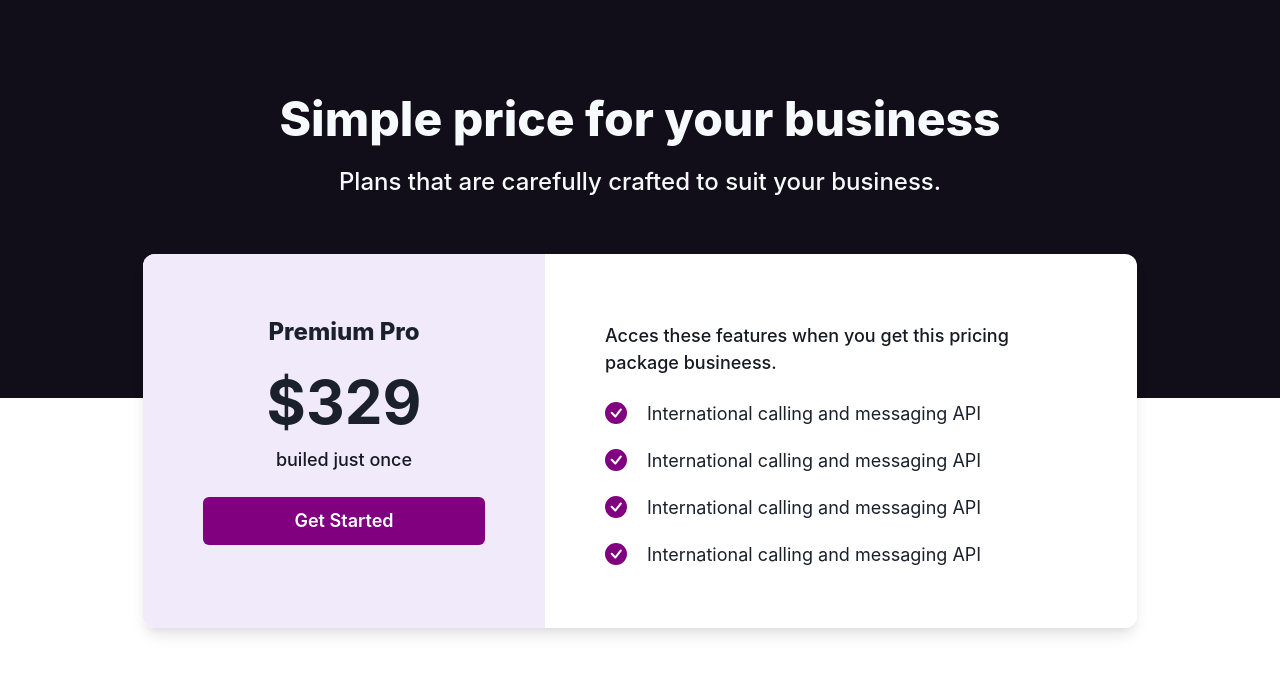
Repository: noutijo/learn-in-depth-chakra-ui
Page: /
These files come from the project's save history. The page is drawn as it stood at one moment and after the next save; the edit follows.
The browser window is 1280 px wide. The pictures show the whole page.
The project was rebuilt for these pictures with package versions that can differ from the ones it lists, and the page was loaded fresh each time. Also part of the build but not shown: vite.config.ts.

Above is the page before, as saved 2023-01-30 16:19:00.

### src/main.tsx
import React from 'react'
import ReactDOM from 'react-dom/client'
import App from './App'
import { ChakraProvider } from "@chakra-ui/react"

ReactDOM.createRoot(document.getElementById('root') as HTMLElement).render(
  <ChakraProvider>
  <React.StrictMode>
    <App />
  </React.StrictMode>
  </ChakraProvider>,
)

### src/App.tsx
//import './App.css'
import "./App.css";
import { Box, Flex, Stack, VStack, HStack } from "@chakra-ui/react";
import { Header  } from "./components/Header";
import { Pricing } from "./components/Pricing";

export default function App() {
  return (
    <div className="App">
      <Box>
        <Header />
        <Pricing />
      </Box>
    </div>
  );
}

### src/App.css
#root {
  max-width: 1280px;
  margin: 0 auto;
  text-align: center;
}

.logo {
  height: 6em;
  padding: 1.5em;
  will-change: filter;
}
.logo:hover {
  filter: drop-shadow(0 0 2em #646cffaa);
}
.logo.react:hover {
  filter: drop-shadow(0 0 2em #61dafbaa);
}

@keyframes logo-spin {
  from {
    transform: rotate(0deg);
  }
  to {
    transform: rotate(360deg);
  }
}

@media (prefers-reduced-motion: no-preference) {
  a:nth-of-type(2) .logo {
    animation: logo-spin infinite 20s linear;
  }
}

.card {
  padding: 2em;
}

.read-the-docs {
  color: #888;
}

### src/components/Header.tsx
//import './App.css'
import { Box, Heading, Text, Flex } from "@chakra-ui/react";

export function Header() {
  return (
    <Box as="section" pb="112px">
    <Box
      color="#F7FAFC"
      bg="#120E19"
      pt="90px"
      pb="198px"
      px="32px">
      <Heading fontWeight={800} fontSize={"48px"}>
        Simple price for your business
      </Heading>
      <Text fontWeight={500} fontSize={"24px"} mt="16px">
        Plans that are carefully crafted to suit your business.
      </Text>
    </Box>
    </Box>
  );
}

### src/components/Pricing.tsx
//import './App.css'
import { Box, Heading, Text, Flex, Button, HStack,Stack, Icon } from "@chakra-ui/react"
import { BsCheckCircleFill } from "react-icons/bs"

export const ListItem = (props:any)=>{
    const {children, ...rest } = props
    return (
      <HStack as="li" spacing="20px" {...rest}>
        <Icon as={BsCheckCircleFill}  w="22px" h="22px" color="purple"/>
        <Text>{children}</Text>
      </HStack>
    );
}

export function Pricing() {
  return (
    <Box maxW="994px" m="auto" mt="-256" borderRadius="12px" overflow="hidden" boxShadow="lg">
      <Flex bg="white">
        <Box bg="#f0eafb" p="60px">
          <Text fontSize="24px" fontWeight="800">
            Premium Pro
          </Text>
          <Heading as="h3" fontSize="60px" mt="16px">
            $329
          </Heading>
          <Text fontSize="18px" fontWeight="500" color="#171923" mt="8px">
            builed just once
          </Text>
          <Button
            bg="purple"
            color="white"
            size={"lg"}
            w="282px"
            mt="24px"
            _hover={{ backgrounColor: "purple", color: "#F7FAFC" }}>
            Get Started
          </Button>
        </Box>

        <Box p="60px" fontSize="18px">
          <Text
            textAlign={"left"}
            fontSize="18px"
            fontWeight="500"
            color="#171923"
            mt="8px">
            Acces these features when you get this pricing package busineess.
          </Text>
          <Stack as="ul" spacing="20px" pt="24px">
            <ListItem>International calling and messaging API</ListItem>
            <ListItem>International calling and messaging API</ListItem>
            <ListItem>International calling and messaging API</ListItem>
            <ListItem>International calling and messaging API</ListItem>
          </Stack>
        </Box>
      </Flex>
    </Box>
  );
}

Loaded but not shown: index.html (common file)

After the next save:
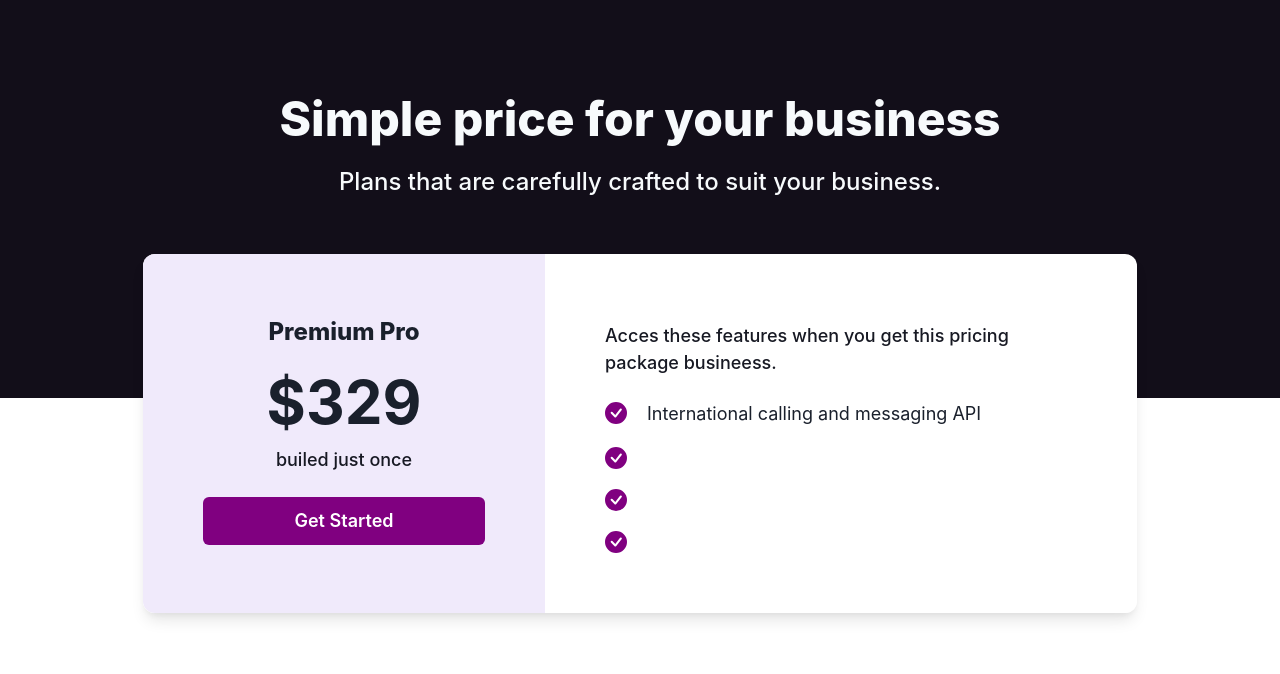
Saved 63 s later.
--- a/src/components/Pricing.tsx
+++ b/src/components/Pricing.tsx
@@ -48,9 +48,9 @@ export function Pricing() {
           </Text>
           <Stack as="ul" spacing="20px" pt="24px">
             <ListItem>International calling and messaging API</ListItem>
-            <ListItem>International calling and messaging API</ListItem>
-            <ListItem>International calling and messaging API</ListItem>
-            <ListItem>International calling and messaging API</ListItem>
+            <ListItem></ListItem>
+            <ListItem></ListItem>
+            <ListItem></ListItem>
           </Stack>
         </Box>
       </Flex>
